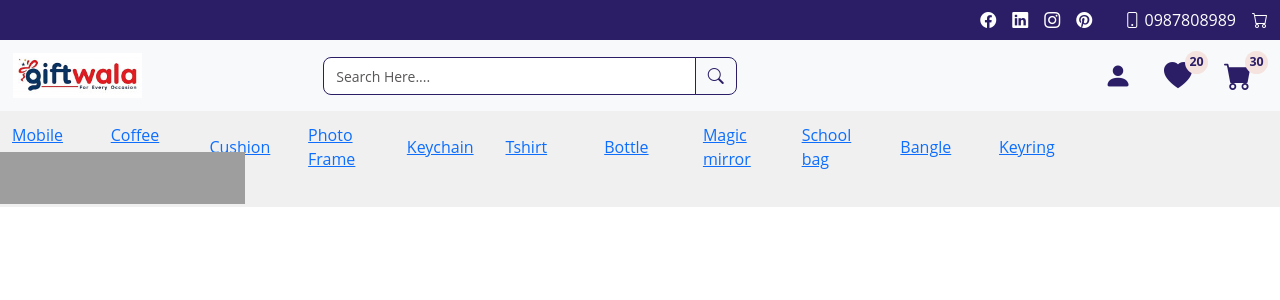
Repository: mangalravi/GiftWala
Page: index.html
The author's editor kept a copy of each file at every save. The page is drawn from the files as they stood at one save, then again after the next save.
The browser window is 1280 px wide. The pictures show the whole page.
Pictures or frames that could not be fetched are drawn as grey boxes. The style sheet was rebuilt from its Sass, Less or Tailwind sources for each picture, by a compiler version that may differ from the author's.

Above is the page before, as saved 2024-07-07 17:22:43.

### index.html
<!DOCTYPE html>
<html lang="en">
  <head>
    <meta charset="UTF-8" />
    <meta name="viewport" content="width=device-width, initial-scale=1.0" />
    <title>GiftWala</title>

    <link
      rel="apple-touch-icon"
      sizes="180x180"
      href="content/images/fabicon.png"
      alt="fabicon"
    />
    <link
      rel="icon"
      type="image/png"
      sizes="32x32"
      href="content/images/fabicon.png"
      alt="fabicon"
    />
    <link
      rel="icon"
      type="image/png"
      sizes="16x16"
      href="content/images/fabicon.png"
      alt="fabicon"
    />
    <link
      rel="publication"
      href=""
      crossorigin="use-credentials"
      type="application/manifest+json"
    />
    <meta name="msapplication-TileColor" content="#da532c" />
    <meta name="theme-color" content="#ffffff" />

    <link rel="icon" href="content/images/logo/favicon.png" type="image/png" />
    <link rel="stylesheet" href="content/css/bootstrap-icons.css" />
    <link rel="stylesheet" href="content/bootstrap/css/bootstrap.min.css" />
    <link rel="stylesheet" href="content/css/font-family.css" />
    <link rel="stylesheet" href="content/css/aos.css" />
    <link rel="stylesheet" href="content/css/custom.css" />
  </head>
  <body>
    <header>
      <div class="tophdr">
        <div class="container-fluid d-flex justify-content-end">
          <ul class="tpmnul">
            <li>
              <ul class="social-link">
                <li>
                  <a
                    href="#"
                    rel="noopener noreferrer"
                    target="_blank"
                    aria-label="Facebook"
                    class="fb"
                    ><i class="bi bi-facebook"></i
                  ></a>
                </li>
                <li>
                  <a
                    href="#"
                    rel="noopener noreferrer"
                    target="_blank"
                    aria-label="Linkedin"
                    class="in"
                    ><i class="bi bi-linkedin"></i
                  ></a>
                </li>
                <li>
                  <a
                    href="#"
                    rel="noopener noreferrer"
                    target="_blank"
                    aria-label="Instagram"
                    class="inta"
                    ><i class="bi bi-instagram"></i
                  ></a>
                </li>
                <li>
                  <a
                    href="#"
                    rel="noopener noreferrer"
                    target="_blank"
                    aria-label="Pinterest"
                    class="inta"
                    ><i class="bi bi-pinterest"></i
                  ></a>
                </li>
                <li>
                  <a
                    href="#"
                    rel="noopener noreferrer"
                    target="_blank"
                    aria-label="Threads"
                    class="in"
                    ><i class="bi bi-threads"></i
                  ></a>
                </li>
              </ul>
            </li>
            <li>
              <a href="#">
                <i class="bi bi-phone"></i>
                <span>0987808989</span>
              </a>
            </li>
            <li>
              <a href="#">
                <i class="bi bi-cart"></i>
              </a>
            </li>
          </ul>
        </div>
      </div>
      <nav class="navbar navbar-expand-lg bg-body-tertiary">
        <div class="container-fluid">
          <a class="navbar-brand m-0" href="#">
            <img
              src="content/images/logo.jpg"
              alt="logo"
              height="45"
              width="131"
            />
          </a>
          <button
            class="navbar-toggler"
            type="button"
            data-bs-toggle="collapse"
            data-bs-target="#navbarSupportedContent"
            aria-controls="navbarSupportedContent"
            aria-expanded="false"
            aria-label="Toggle navigation"
          >
            <span class="navbar-toggler-icon"></span>
          </button>
          <div
            class="collapse navbar-collapse justify-content-end"
            id="navbarSupportedContent"
          >
            <div class="row w-100 align-items-center">
              <div class="col-sm-8">
                <div class="row justify-content-center">
                  <div class="col-sm-7">
                    <form class="d-flex" role="search">
                      <div class="input-group">
                        <input
                          type="text"
                          class="form-control"
                          placeholder="Search Here...."
                        />
                        <span class="input-group-text" id="basic-addon2">
                          <i class="bi bi-search"></i>
                        </span>
                      </div>
                    </form>
                  </div>
                </div>
              </div>
              <div class="col-sm-4">
                <ul class="navbar-nav mb-2 mb-lg-0 justify-content-end">
                  <li class="nav-item">
                    <a class="nav-link" aria-current="page" href="#"
                      ><i class="bi bi-person-fill"></i
                    ></a>
                  </li>
                  <li class="nav-item">
                    <a class="nav-link" href="#"
                      ><i class="bi bi-heart-fill"></i>
                      <span class="badge">20</span>
                    </a>
                  </li>
                  <li class="nav-item">
                    <a class="nav-link" href="#">
                      <i class="bi bi-cart-fill"></i>
                      <span class="badge">30</span>
                    </a>
                  </li>
                </ul>
              </div>
            </div>
          </div>
        </div>
      </nav>
      <div class="btmhdr">
        <div class="container-fluid">
          <div class="btmhdrnv">
            <div class="row align-items-center">
              <div class="col"><a href="#">Mobile cover</a></div>
              <div class="col"><a href="#">Coffee mug</a></div>
              <div class="col"><a href="#">Cushion</a></div>
              <div class="col"><a href="#">Photo Frame</a></div>
              <div class="col"><a href="#">Keychain</a></div>
              <div class="col"><a href="#">Tshirt</a></div>
              <div class="col"><a href="#">Bottle</a></div>
              <div class="col"><a href="#">Magic mirror</a></div>
              <div class="col"><a href="#">School bag</a></div>
              <div class="col"><a href="#">Bangle</a></div>
              <div class="col"><a href="#">Keyring</a></div>
              <li style="position: relative; border-bottom: none !important">
                <a
                  class="adbHeaderLink"
                  href="/express-delivery"
                  style="border-bottom: none !important"
                >
                  <div class="left bg-express_delivery_1"></div>
                  <input type="hidden" value="Delivery In 2 hours" />
                </a>
              </li>
            </div>
          </div>
        </div>
      </div>
    </header>

    <!--
<footer>
  <div class="container">
    <div class="row mb-4">
      <div class="col-sm-6 col-md-2 d-flex">
        <div class="hdr-img mb-4">
          <img src="hdr-logo" alt="hdr-logo">
        </div>
      </div>
      <div class="col-md-7">
        <div class="row">
            <div class="col-3">
              <ul>
                <li><a href="aboutus.html">About Us</a></li>
                <li><a href="contact-us.html">Contact Us</a></li>
                <li><a href="faq.html">FAQ</a></li>
              </ul>
            </div>
            <div class="col-4">
              <ul>
                <li><a href="term-and-condition.html">Terms of Purchase</a></li>
                <li><a href="item-condition.html">Items Condition</a></li>
                <li><a href="privacy-policy.html">Privacy Policy</a></li>
              </ul>
            </div>
            <div class="col-5">
              <ul class="mailli">
                <li><a href="tel:1800-419-0431"><i class="bi bi-telephone-fill"></i> 1800-419-0431</a></li>
                <li><a href="mailto: support@b2bstop.com"><i class="bi bi-envelope"></i>  support@b2bstop.com</a></li>
              </ul>
            </div>
         </div>

      </div>
      <div class="col-sm-6 col-md-3 d-flex">
        <div class="adrs">
          <a href="http://maps.google.com/?q=1200 Pennsylvania Ave SE, Washington, District of Columbia, 20003"">
            <i class="bi bi-geo-alt-fill"></i>
            No. 565, Axis Pennmark building, 2nd, 3rd & 4th Floor, 9th cross road, Sarakki, 3rd phase, JP Nagar, Bangalore, Karnataka - 560078
          </a>
        </div>
      </div>
    </div>
    <div class="btn-hdng">
      <p class="text-center">© b2bstop - Trade mark of Green Enabled IT Solutions Pvt. Ltd</p>
    </div>
  </div>
</footer> -->

    <script src="content/js/jquery.min.js"></script>
    <script src="content/js/slick.js"></script>
    <script src="content/js/aos.js"></script>
    <script src="content/bootstrap/js/bootstrap.bundle.min.js"></script>
    <script src="content/js/custom.js"></script>
    <script>
      AOS.init();
    </script>
  </body>
</html>

### content/css/font-family.css
@font-face {
  font-family: "OpenSans";
  font-style: normal;
  font-weight: 400;
  src: url("../fonts/Open_Sans/static/OpenSans-Regular.ttf") format("truetype");
  font-display: swap;
}

@font-face {
  font-family: "OpenSans";
  font-style: normal;
  font-weight: 500;
  src: url("../fonts/Open_Sans/static/OpenSans-Medium.ttf") format("truetype");
  font-display: swap;
}

@font-face {
  font-family: "OpenSans";
  font-style: normal;
  font-weight: 600;
  src: url("../fonts/Open_Sans/static/OpenSans-SemiBold.ttf") format("truetype");
  font-display: swap;
}

@font-face {
  font-family: "OpenSans";
  font-style: normal;
  font-weight: 700;
  src: url("../fonts/Open_Sans/static/OpenSans-Bold.ttf") format("truetype");
  font-display: swap;
}

### content/js/custom.js
$(".projetos-slider").slick({
  slidesToShow: 1,
  slidesToScroll: 1,
  autoplay: true,
  autoplaySpeed: 1000,
  arrows: false,
  dots: false,
  adaptiveHeight: true,
  speed: 1500,
  responsive: [
    {
      breakpoint: 1121,
      settings: {
        slidesToShow: 1,
        autoplay: true,
        adaptiveHeight: true,
      },
    },
    {
      breakpoint: 768,
      settings: {
        slidesToShow: 1,
        autoplay: true,
        adaptiveHeight: true,
      },
    },
  ],
});

### content/css/custom.scss
:root {
  --bs-primary: #2b1e66;
  --bs-secondary: #ed247c;
  --bs-heading: #333333;
  --bs-para: #595657;
  --bs-border-color: #e8e8e8;
  --bs-root-font-size: 16px;
  --bs-body-font-family: 'Open Sans', sans-serif;
}

.bi,
.btn,
.h1,
.h2,
.h3,
.h4,
.h5,
.h6,
:after,
:before,
a,
button,
h1,
h2,
h3,
h4,
h5,
h6,
img,
input,
li,
p,
select,
span,
textarea {
  transition: 0.5s ease-out;
}

ul {
  padding: 0;
  margin: 0;

  li {
    list-style: none;
    color: var(--bs-primary);
  }
}

body {
  margin: 0;
  font-family: var(--bs-body-font-family);
  overflow-x: hidden;
  font-size: 16px;
  position: inherit !important;
}

.overflow-x-hidden {
  overflow-x: hidden;
}

.h1,
.h2,
.h3,
.h4,
.h5,
.h6,
h1,
h2,
h3,
h4,
h5,
h6 {
  font-family: var(--bs-body-font-family);
  font-weight: 600;
  margin-bottom: 1rem;
  line-height: 1.35;
  color: var(--bs-secondary);
}

.btn {
  padding: 0.65rem 0.6rem;
  font-size: 0.65rem;
  text-transform: uppercase;
  transition: all 0.25s;
  border-radius: 0.35rem;
  height: 37.72px;
  font-weight: 600;
}

.btn-secondary-fill {
  background: var(--bs-secondary);
  border: 1px solid var(--bs-secondary);
  color: #fff;

  &:hover {
    background: var(--bs-secondary);
    border: 1px solid var(--bs-secondary);
    color: #fff;
  }
}


input {
  &::placeholder {
    font-size: 0.85rem;
    color: #000;
  }
}

.form-group {
  width: 100%;
  border: 1px solid #e1e1e2;
  border-radius: 0.25rem;
  padding: 0.25rem 1rem;

  &::placeholder {
    font-size: 1rem;
    color: #aeb3b3;
  }

  &::focus {
    outline: none;
    border: 1px solid var(--bs-primary);
  }
}

img {
  object-fit: contain;
  max-width: 100%;
}

.btn-primary {
  color: #fff;
  background-color: var(--bs-primary);
  border: 1px solid var(--bs-primary);
}

.btn-secondary {
  color: var(--bs-secondary);
  background-color: transparent;
  border: 1px solid var(--bs-secondary);

  &:hover {
    border-radius: 0.5rem;
    color: #fff;
    background-color: var(--bs-secondary);
    border-color: transparent;
    transition: all 0.8s;
  }

  &:focus {
    color: #fff;
    background-color: var(--bs-secondary);
    border-color: transparent;
  }
}

.btn-primary {

  &:hover,
  &:focus {
    color: #fff;
    background-color: var(--bs-primary);
    outline: 0;
    box-shadow: none;
    border-color: transparent;
  }
}

.btn-main {
  &:hover {
    background: #fff;
    color: var(--bs-secondary);
  }
}

.nav-item {
  padding: 0 0.5rem;
  color: #333333ad;
  font-weight: 500;

  .nav-link {
    padding: 0 0.5rem;
    color: var(--bs-secondary);
  }

}

a {
  &:hover {
    color: var(--bs-primary);
    text-decoration: none;
  }
}

svg,
img {
  vertical-align: middle;
}

section,
footer {
  padding: 50px 0;
}

.socilhdr {
  display: flex;
  justify-content: flex-end;
  gap: 1.5rem;
  padding: 0;

  li {
    list-style-type: none;
  }
}

.tophdr {
  padding: 0.5rem 0;
  background: var(--bs-primary);

  .tpmnul {
    display: flex;
    align-items: center;
    gap: 1rem;
    color: #fff;

    a {
      color: #fff;
      text-decoration: none;
    }

    .social-link {
      display: flex;
      align-items: center;
      gap: 1rem;

      li {
        a {
          color: #fff;
        }
      }
    }
  }
}

.badge {
  position: absolute;
  top: -4px;
  right: -8px;
  background: #f4e3de;
  padding: 0.25rem;
  width: 23px;
  height: 23px;
  border-radius: 50%;
  color: var(--bs-primary);
  z-index: 0;
  font-size: 0.775rem;
  display: flex;
  align-items: center;
  justify-content: center;
}

.bg-body-tertiary {
  background-color: #f8f9fa;
}

.navbar-nav {
  li {

    a {
      z-index: 8;
      font-size: 1.75rem;
      position: relative;

      i {
        color: var(--bs-primary);
      }
    }
  }
}

.input-group {
  input {
    border: 1px solid var(--bs-primary);
    border-radius: 0.5rem 0 0 0.5rem;

    &:focus {
      box-shadow: none;
    }

    &::placeholder {
      color: #595657;
      font-size: 0.875rem;
    }
  }
}

.input-group-text {
  border: 1px solid var(--bs-primary);
  border-radius: 0.5rem 0.5rem 0.5rem 0;
  display: flex;
  align-items: center;

  i {
    color: var(--bs-primary);
  }
}

.btmhdr {
  background: #f0f0f0;
  padding: 0.75rem 0;

  .btmhdrnv {
    display: flex;

    ul {
      flex: 1;

      li {
        flex: 1;
        text-align: center;
        font-size: 0.9rem;

      }
    }
  }
}

.bg-express_delivery_1 {
  width: 245px;
  height: 53px;
  background: url(https://assets.winni.in/groot/2023/11/20/desktop/scooter-animation-fifth.gif) no-repeat 0 1px;
  position: absolute;
  left: 0px;
  top: -20px;
}

Loaded but not shown: content/css/bootstrap-icons.css (library); content/bootstrap/css/bootstrap.min.css (library); content/css/aos.css (library); content/js/jquery.min.js (library); content/js/slick.js (library); content/js/aos.js (library); content/bootstrap/js/bootstrap.bundle.min.js (library)

After the next save:
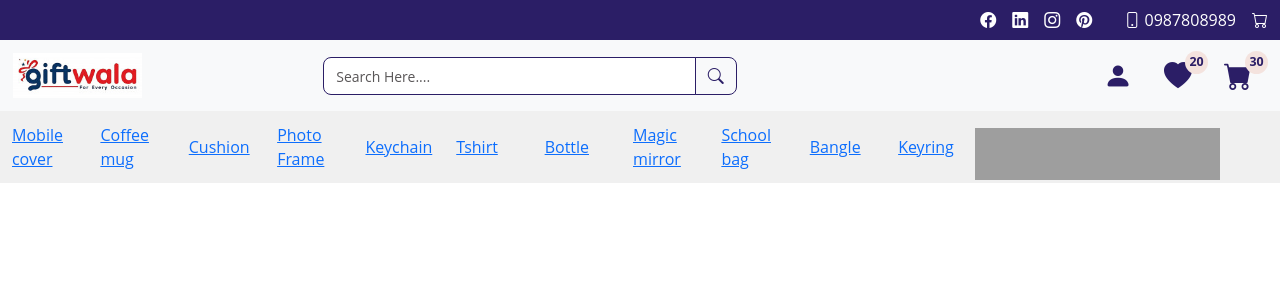
Saved 32 s later.
--- a/index.html
+++ b/index.html
@@ -198,7 +198,10 @@
               <div class="col"><a href="#">School bag</a></div>
               <div class="col"><a href="#">Bangle</a></div>
               <div class="col"><a href="#">Keyring</a></div>
-              <li style="position: relative; border-bottom: none !important">
+              <div
+                class="col"
+                style="position: relative; border-bottom: none !important"
+              >
                 <a
                   class="adbHeaderLink"
                   href="/express-delivery"
@@ -207,7 +210,7 @@
                   <div class="left bg-express_delivery_1"></div>
                   <input type="hidden" value="Delivery In 2 hours" />
                 </a>
-              </li>
+              </div>
             </div>
           </div>
         </div>
